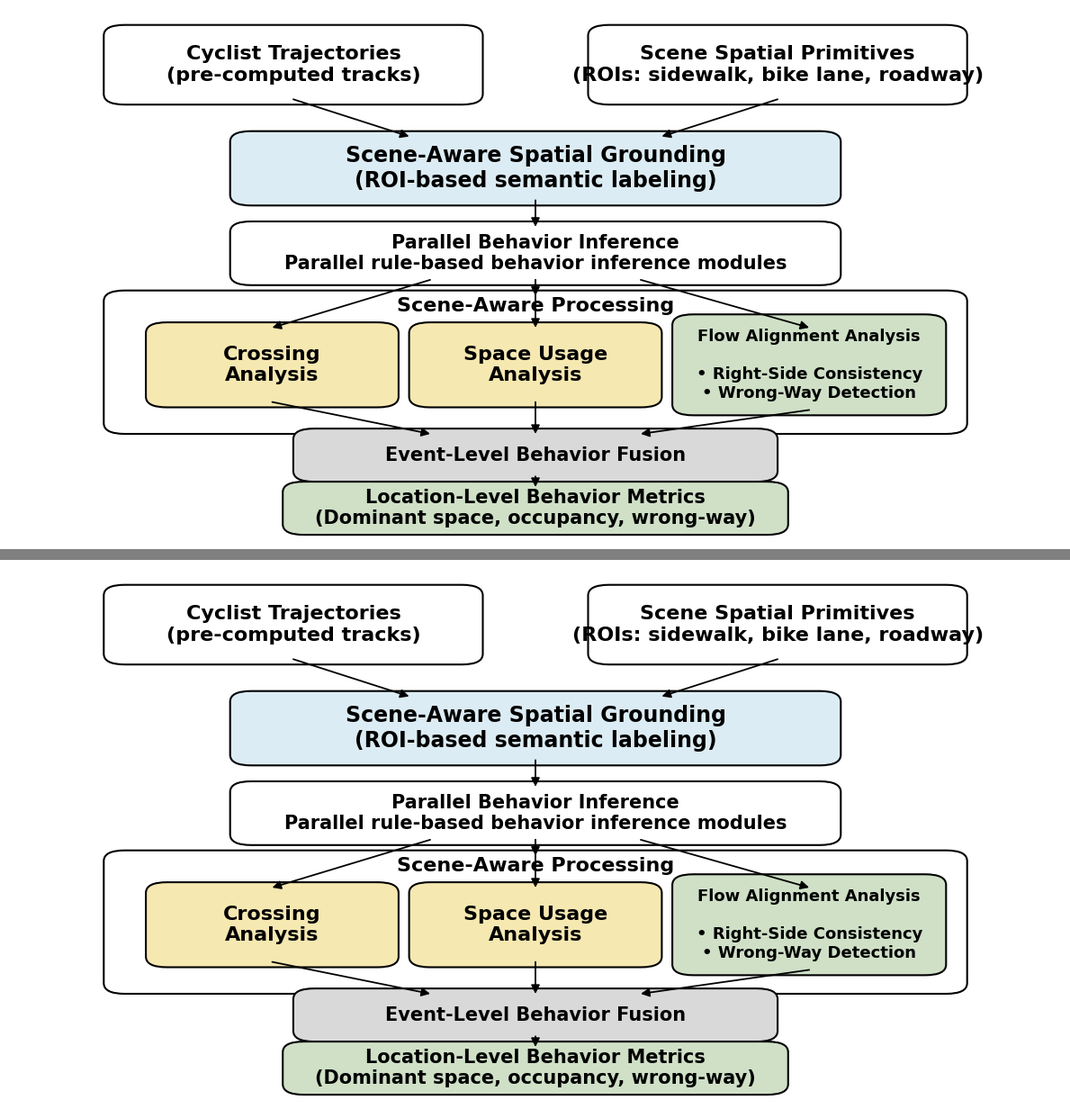
Repository: ao-he/Bicylist-System-726
Script's output: python bicyclist-system/notebooks/1.py
The author's editor kept a copy of each file at every save. The script's output is drawn from the files as they stood at one save, then again after the next save.
The pictures are shown at 90% of full size.
Each picture stacks the figures in order, with grey between them; figures that are only written to a file come last. Random numbers start from a fixed seed.

Above is the script's output before, as saved 2026-01-23 01:15:22.

After the next save:
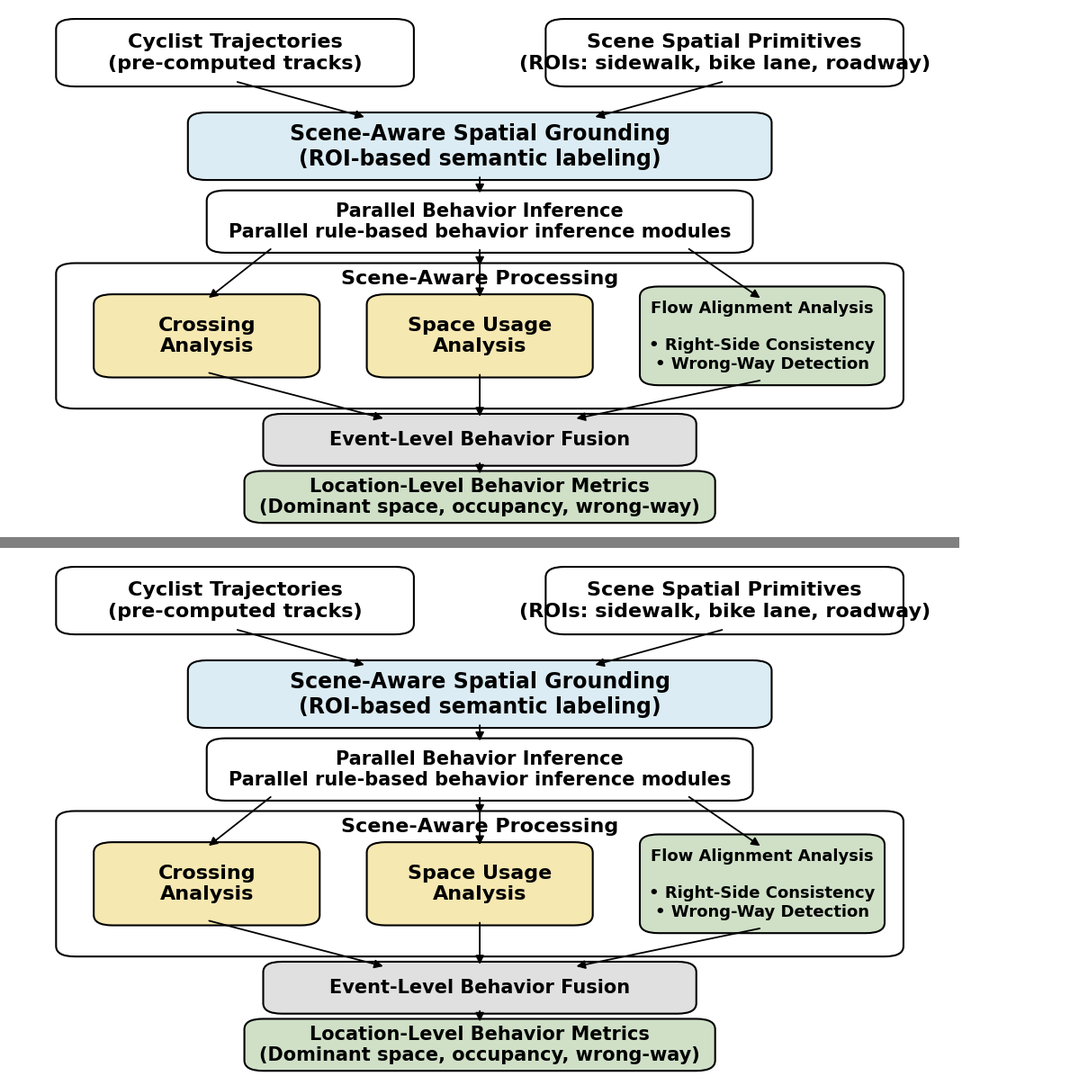
Saved 3 min 4 s later.
--- a/bicyclist-system/notebooks/1.py
+++ b/bicyclist-system/notebooks/1.py
@@ -1,147 +1,135 @@
-# make_pipeline_fig.py
+# make_pipeline_buildsys_spaced.py
 import matplotlib.pyplot as plt
 from matplotlib.patches import FancyBboxPatch
 from matplotlib import rcParams
+import os
 
-def add_box(ax, x, y, w, h, text, fc="white", ec="black", lw=1.5,
-            fontsize=14, fontweight="bold", align="center", radius=0.02):
-    """
-    Add a rounded rectangle box with centered text.
-    (x, y) is lower-left in axes fraction coordinates [0,1].
-    """
+def add_box(ax, x, y, w, h, text, fc="white", ec="black",
+            lw=1.5, fontsize=14, fontweight="bold", radius=0.02):
     box = FancyBboxPatch(
         (x, y), w, h,
         boxstyle=f"round,pad=0.01,rounding_size={radius}",
         linewidth=lw, edgecolor=ec, facecolor=fc
     )
     ax.add_patch(box)
-
-    ax.text(
-        x + w/2, y + h/2, text,
-        ha=align, va="center",
-        fontsize=fontsize, fontweight=fontweight, family="DejaVu Sans"
-    )
+    ax.text(x + w/2, y + h/2, text,
+            ha="center", va="center",
+            fontsize=fontsize, fontweight=fontweight)
     return box
 
 def add_arrow(ax, x1, y1, x2, y2, lw=1.3):
-    """Arrow from (x1,y1) to (x2,y2) in axes fraction coordinates."""
     ax.annotate(
         "", xy=(x2, y2), xytext=(x1, y1),
         arrowprops=dict(arrowstyle="-|>", lw=lw, color="black",
-                        shrinkA=0, shrinkB=0, mutation_scale=14)
+                        mutation_scale=14)
     )
 
 def main():
-    # --- Figure setup ---
     rcParams["figure.dpi"] = 150
-    fig, ax = plt.subplots(figsize=(12, 6.2))
+    fig, ax = plt.subplots(figsize=(13.5, 7.5))
     ax.set_xlim(0, 1)
     ax.set_ylim(0, 1)
     ax.axis("off")
 
-    # --- Colors (subtle, print-friendly) ---
-    c_ground = "#dcecf4"   # light blue
-    c_module = "#f6e8b1"   # light yellow
-    c_flow   = "#cfe0c7"   # light green
-    c_fusion = "#d9d9d9"   # light gray
-    c_out    = "#cfe0c7"   # light green (same as flow)
+    # ---- Colors (print-friendly) ----
+    c_ground = "#dcecf4"
+    c_module = "#f6e8b1"
+    c_flow   = "#cfe0c7"
+    c_fusion = "#e0e0e0"
+    c_out    = "#cfe0c7"
 
-    # --- Boxes (positions in axes fraction) ---
-    # Top inputs
+    # ---- Top inputs (拉开横向间距) ----
     b_traj = add_box(
-        ax, 0.10, 0.83, 0.34, 0.13,
+        ax, 0.06, 0.86, 0.36, 0.11,
         "Cyclist Trajectories\n(pre-computed tracks)",
-        fc="white", fontsize=16
+        fontsize=16
     )
     b_roi = add_box(
-        ax, 0.56, 0.83, 0.34, 0.13,
+        ax, 0.58, 0.86, 0.36, 0.11,
         "Scene Spatial Primitives\n(ROIs: sidewalk, bike lane, roadway)",
-        fc="white", fontsize=16
+        fontsize=16
     )
 
-    # Spatial grounding
+    # ---- Spatial Grounding（纵向拉开）----
     b_ground = add_box(
-        ax, 0.22, 0.64, 0.56, 0.12,
+        ax, 0.20, 0.68, 0.60, 0.11,
         "Scene-Aware Spatial Grounding\n(ROI-based semantic labeling)",
         fc=c_ground, fontsize=17
     )
 
-    # Parallel layer label
+    # ---- Parallel inference label ----
     b_parallel = add_box(
-        ax, 0.22, 0.49, 0.56, 0.10,
+        ax, 0.22, 0.54, 0.56, 0.10,
         "Parallel Behavior Inference\nParallel rule-based behavior inference modules",
-        fc="white", fontsize=15
+        fontsize=15
     )
 
-    # Big container for modules
-    # (This is optional; helps with BuildSys-style grouping)
+    # ---- Scene-aware processing container（更低一点）----
     container = FancyBboxPatch(
-        (0.10, 0.21), 0.80, 0.25,
+        (0.06, 0.24), 0.88, 0.26,
         boxstyle="round,pad=0.01,rounding_size=0.02",
         linewidth=1.5, edgecolor="black", facecolor="white"
     )
     ax.add_patch(container)
-    ax.text(0.50, 0.44, "Scene-Aware Processing",
-            ha="center", va="center", fontsize=16, fontweight="bold")
+    ax.text(0.50, 0.48, "Scene-Aware Processing",
+            ha="center", va="center",
+            fontsize=16, fontweight="bold")
 
-    # Modules inside container
+    # ---- Parallel modules（横向明显拉开）----
     b_cross = add_box(
-        ax, 0.14, 0.26, 0.22, 0.14,
+        ax, 0.10, 0.30, 0.22, 0.14,
         "Crossing\nAnalysis",
         fc=c_module, fontsize=16
     )
     b_space = add_box(
-        ax, 0.39, 0.26, 0.22, 0.14,
+        ax, 0.39, 0.30, 0.22, 0.14,
         "Space Usage\nAnalysis",
         fc=c_module, fontsize=16
     )
     b_flow = add_box(
-        ax, 0.64, 0.245, 0.24, 0.17,
+        ax, 0.68, 0.285, 0.24, 0.17,
         "Flow Alignment Analysis\n\n• Right-Side Consistency\n• Wrong-Way Detection",
-        fc=c_flow, fontsize=13, fontweight="bold"
+        fc=c_flow, fontsize=13
     )
 
-    # Fusion and output
+    # ---- Fusion & Output（纵向拉开）----
     b_fusion = add_box(
-        ax, 0.28, 0.12, 0.44, 0.08,
+        ax, 0.28, 0.13, 0.44, 0.08,
         "Event-Level Behavior Fusion",
         fc=c_fusion, fontsize=15
     )
     b_out = add_box(
-        ax, 0.27, 0.02, 0.46, 0.08,
+        ax, 0.26, 0.02, 0.48, 0.08,
         "Location-Level Behavior Metrics\n(Dominant space, occupancy, wrong-way)",
         fc=c_out, fontsize=15
     )
 
-    # --- Arrows ---
-    # From inputs to grounding
-    add_arrow(ax, 0.27, 0.83, 0.38, 0.76)  # traj -> grounding (approx)
-    add_arrow(ax, 0.73, 0.83, 0.62, 0.76)  # roi -> grounding (approx)
+    # ---- Arrows ----
+    add_arrow(ax, 0.24, 0.86, 0.38, 0.79)
+    add_arrow(ax, 0.76, 0.86, 0.62, 0.79)
 
-    # Grounding -> parallel label
-    add_arrow(ax, 0.50, 0.64, 0.50, 0.59)
+    add_arrow(ax, 0.50, 0.68, 0.50, 0.64)
+    add_arrow(ax, 0.50, 0.54, 0.50, 0.50)
 
-    # Parallel label -> container top
-    add_arrow(ax, 0.50, 0.49, 0.50, 0.46)
+    add_arrow(ax, 0.28, 0.54, 0.21, 0.44)
+    add_arrow(ax, 0.50, 0.54, 0.50, 0.44)
+    add_arrow(ax, 0.72, 0.54, 0.80, 0.44)
 
-    # Parallel label -> three modules (fan out)
-    add_arrow(ax, 0.40, 0.49, 0.25, 0.40)  # to crossing
-    add_arrow(ax, 0.50, 0.49, 0.50, 0.40)  # to space
-    add_arrow(ax, 0.60, 0.49, 0.76, 0.40)  # to flow
+    add_arrow(ax, 0.21, 0.30, 0.40, 0.21)
+    add_arrow(ax, 0.50, 0.30, 0.50, 0.21)
+    add_arrow(ax, 0.80, 0.285, 0.60, 0.21)
 
-    # Modules -> fusion
-    add_arrow(ax, 0.25, 0.26, 0.40, 0.20)  # crossing -> fusion
-    add_arrow(ax, 0.50, 0.26, 0.50, 0.20)  # space -> fusion
-    add_arrow(ax, 0.76, 0.245, 0.60, 0.20) # flow -> fusion
+    add_arrow(ax, 0.50, 0.13, 0.50, 0.10)
 
-    # Fusion -> output
-    add_arrow(ax, 0.50, 0.12, 0.50, 0.10)
+    # ---- Save ----
+    out_dir = "figures"
+    os.makedirs(out_dir, exist_ok=True)
+    fig.savefig(os.path.join(out_dir, "pipeline_buildsys_spaced.png"),
+                bbox_inches="tight")
+    fig.savefig(os.path.join(out_dir, "pipeline_buildsys_spaced.pdf"),
+                bbox_inches="tight")
 
-    # --- Save ---
-    fig.tight_layout()
-    fig.savefig("pipeline_buildsys.png", bbox_inches="tight")
-    fig.savefig("pipeline_buildsys.pdf", bbox_inches="tight")
-    print("Saved: pipeline_buildsys.png and pipeline_buildsys.pdf")
+    print("Saved: figures/pipeline_buildsys_spaced.png and .pdf")
 
 if __name__ == "__main__":
     main()
